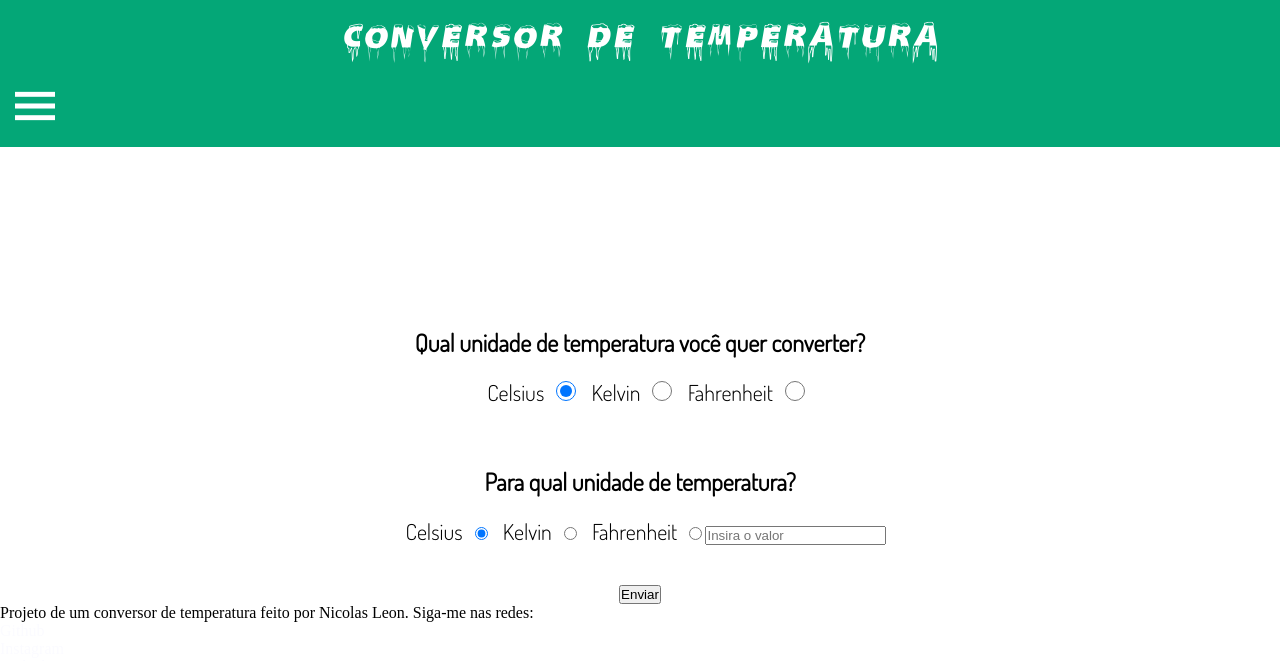
Repository: Leonngc/Conversor-de-temperatura
Page: index.html
An editor plug-in stored every save of this project. The page is shown before and after the next save, followed by the edit.
The browser window is 1280 px wide. The pictures show the whole page.
Some web libraries are served in a nearby version.

Above is the page before, as saved 2023-02-10 23:30:13.

After the next save:
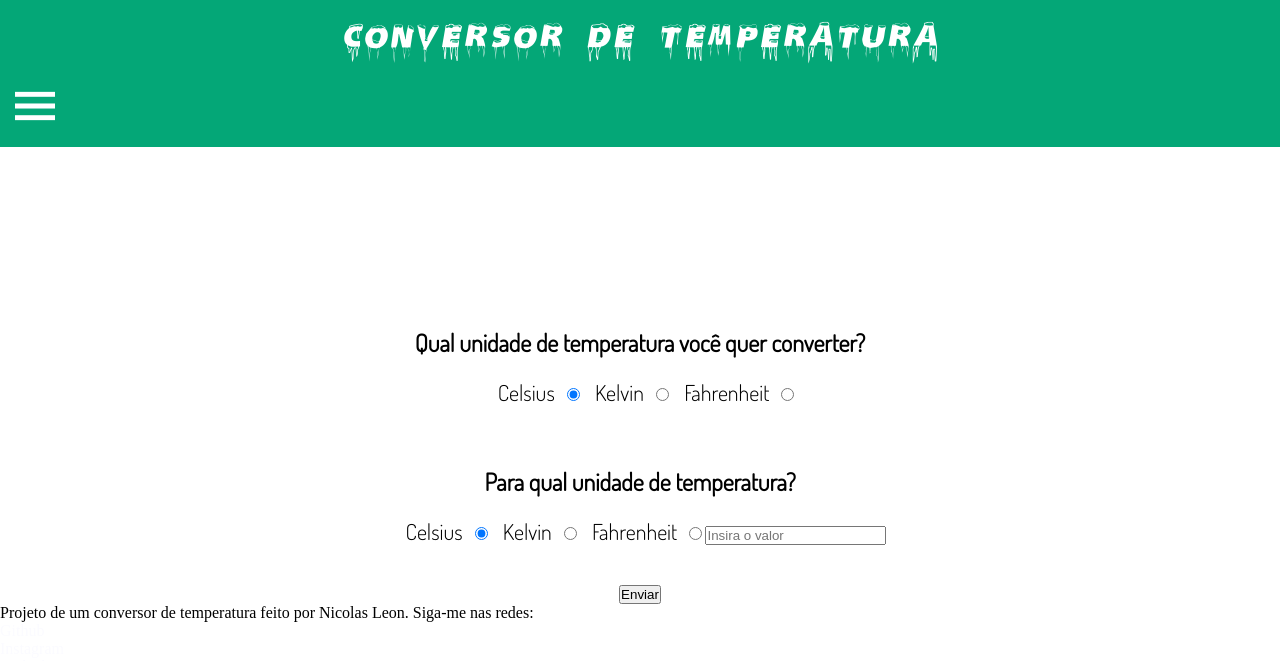
Saved 10 s later.
--- a/style.css
+++ b/style.css
@@ -85,7 +85,7 @@ form > h2{
     padding: 20px;
 }
 
-.unidades{
+.unidades .res-unidades{
     height: 20px;
     width: 20px;
 }
